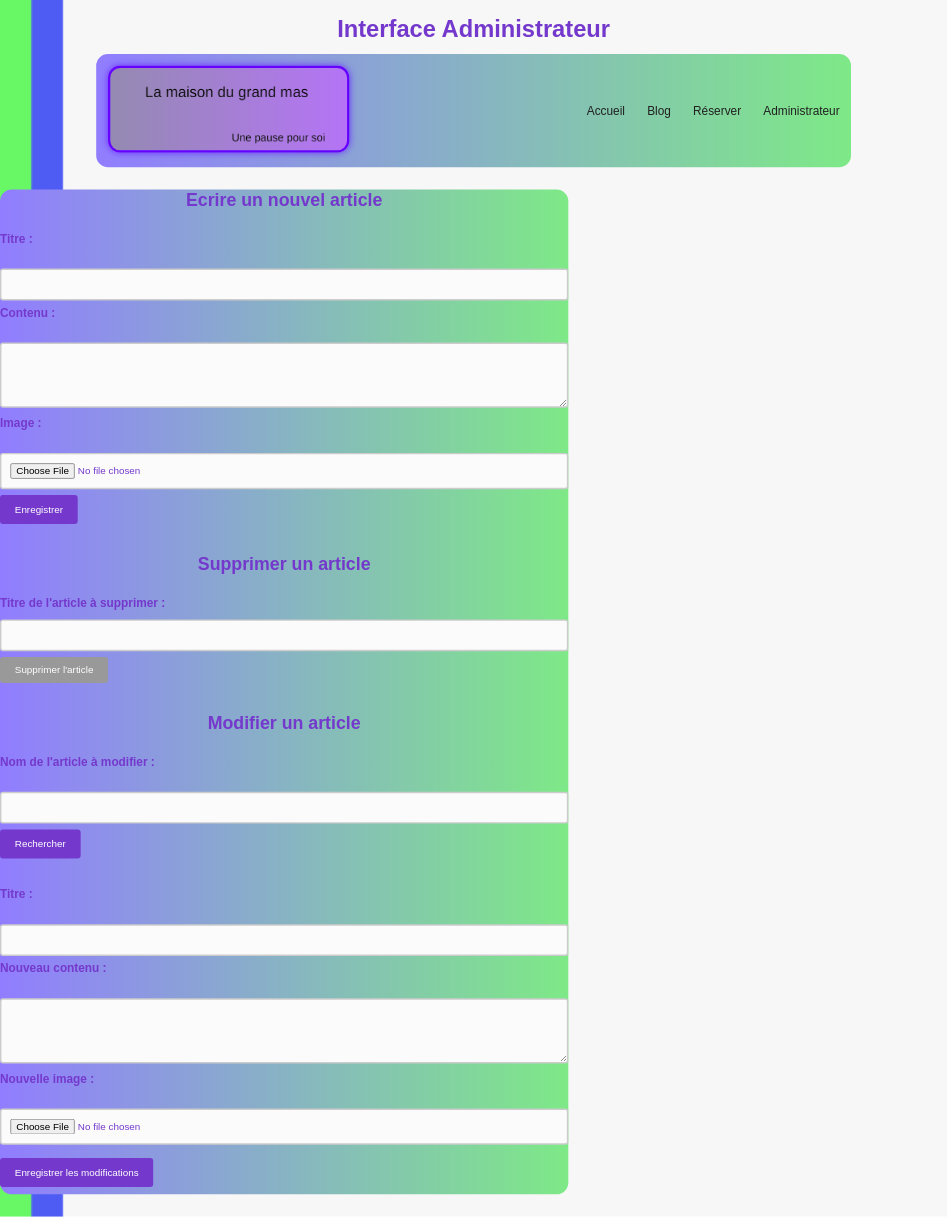
Repository: Crosnierpaul/Les_Rangers_de_Pouvoir
Page: http://localhost/adminBlog
An editor plug-in stored every save of this project. The page is shown before and after a run of saves, followed by the edit.
The browser window is 1280 px wide. The pictures show the whole page, at 74% of full size.
Backgrounds fixed to the window are drawn as part of the page. The page is served by the project's Node server (site/server.js).

Above is the page before, as saved 2024-05-07 16:52:16.

After the next 3 saves:
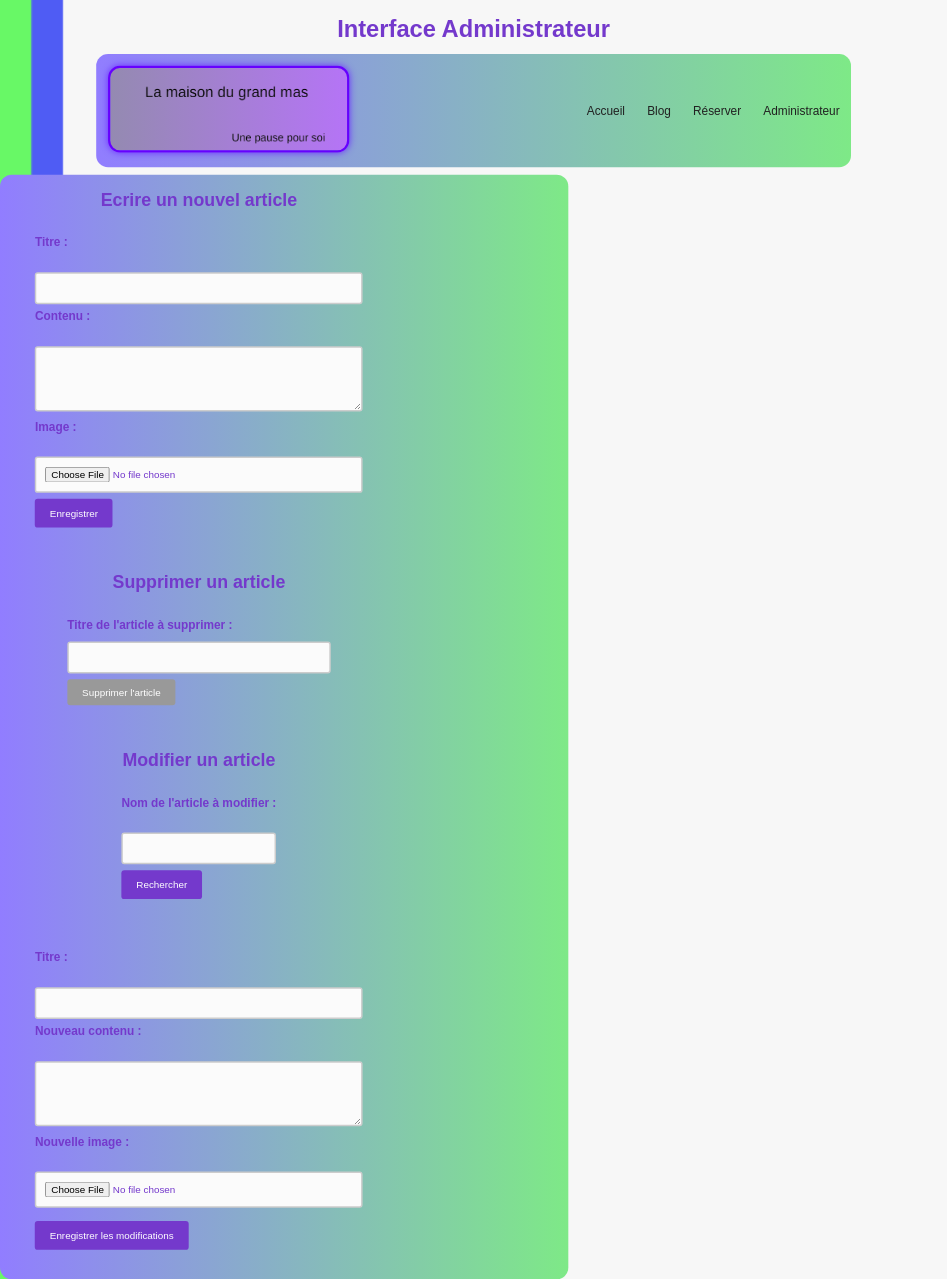
The 3 saves are shown as one change because they came seconds apart.
The last was saved 10 s later.
--- a/site/public/css/blogAdmin.css
+++ b/site/public/css/blogAdmin.css
@@ -27,6 +27,13 @@
 .container {
     margin-bottom: 50px;
     background-color: red;
+}
+
+section {
+    width: 70%;
+    display: flex;
+    flex-direction: column;
+    align-items: center;
 }
 
 /* Style pour les titres des sections */

After the save that followed:
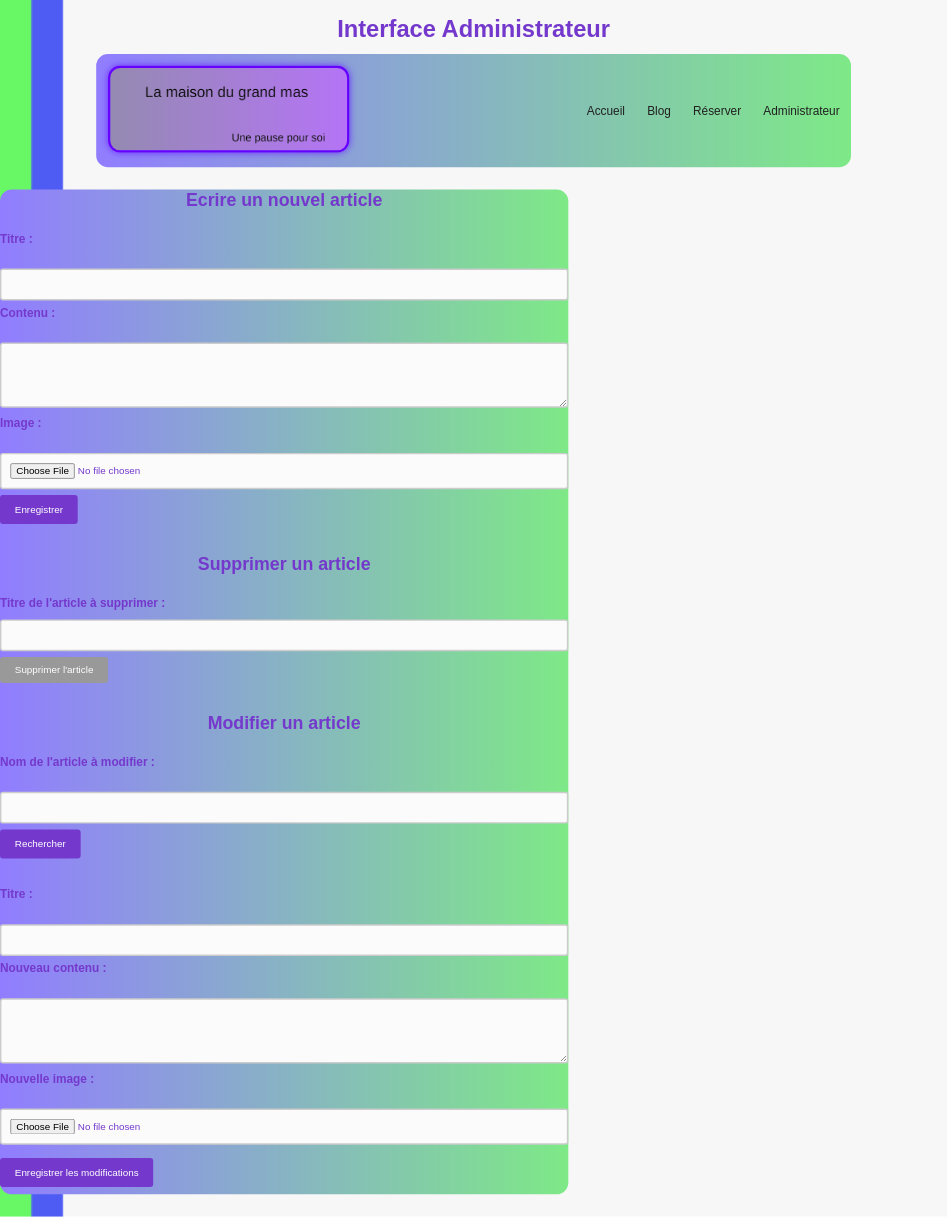
Saved 58 s later.
--- a/site/public/css/blogAdmin.css
+++ b/site/public/css/blogAdmin.css
@@ -30,11 +30,7 @@
 }
 
 section {
-    width: 70%;
-    display: flex;
-    flex-direction: column;
-    align-items: center;
-}
+
 
 /* Style pour les titres des sections */
 h1, h2 {
